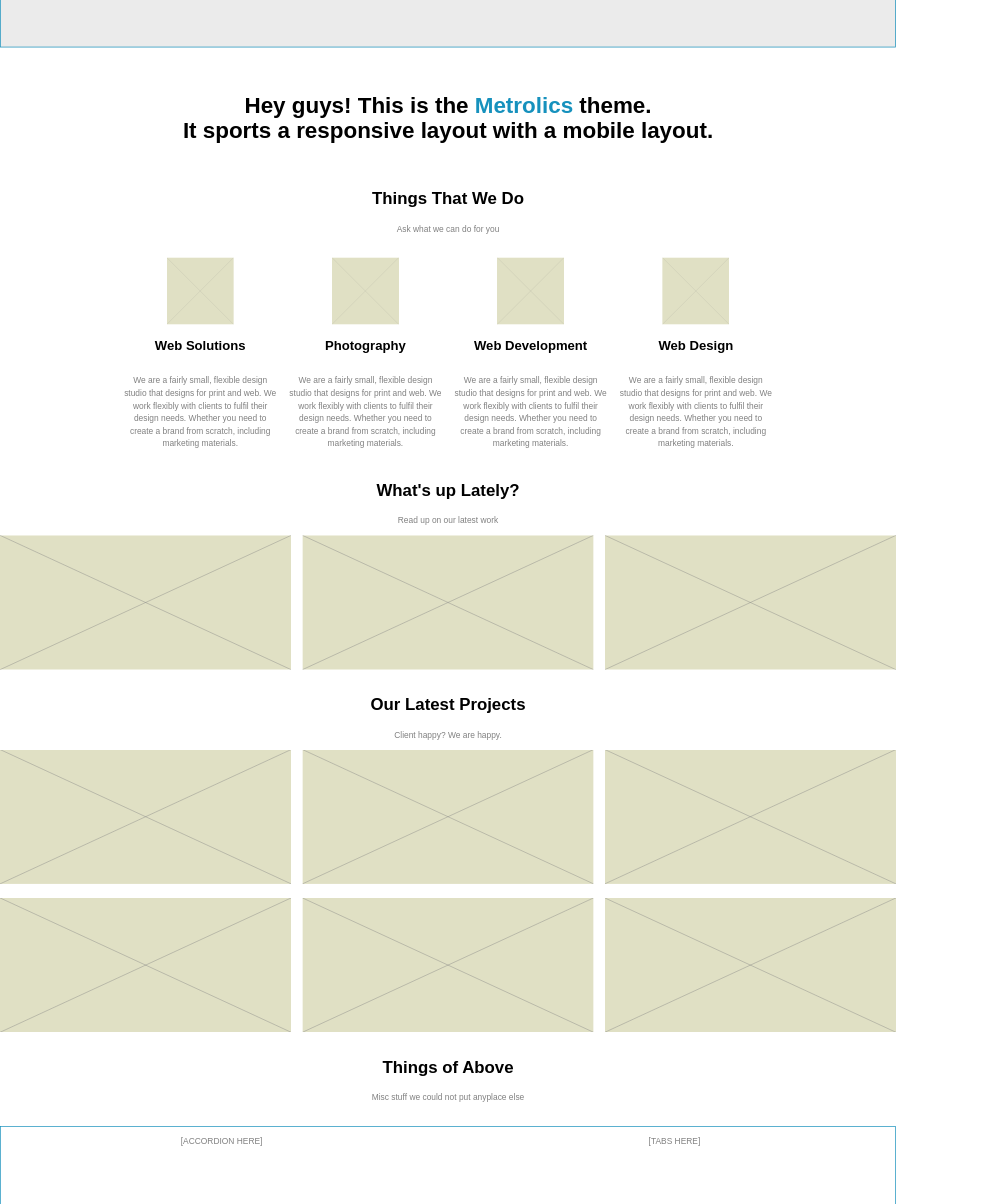
Repository: pjiang604/mdia2003-lab03b
Page: index.html
An editor plug-in stored every save of this project. The page is shown before and after the next save, followed by the edit.
The browser window is 1280 px wide. The page is 1408 px wide, so the pictures cover 1408 px, including what lies to the right of the window. The pictures show the part of the page from y = 334 to 2054 px (the page is 2780 px tall), at 70% of full size.

Above is the page before, as saved 2023-01-31 21:31:44.

After the next save:
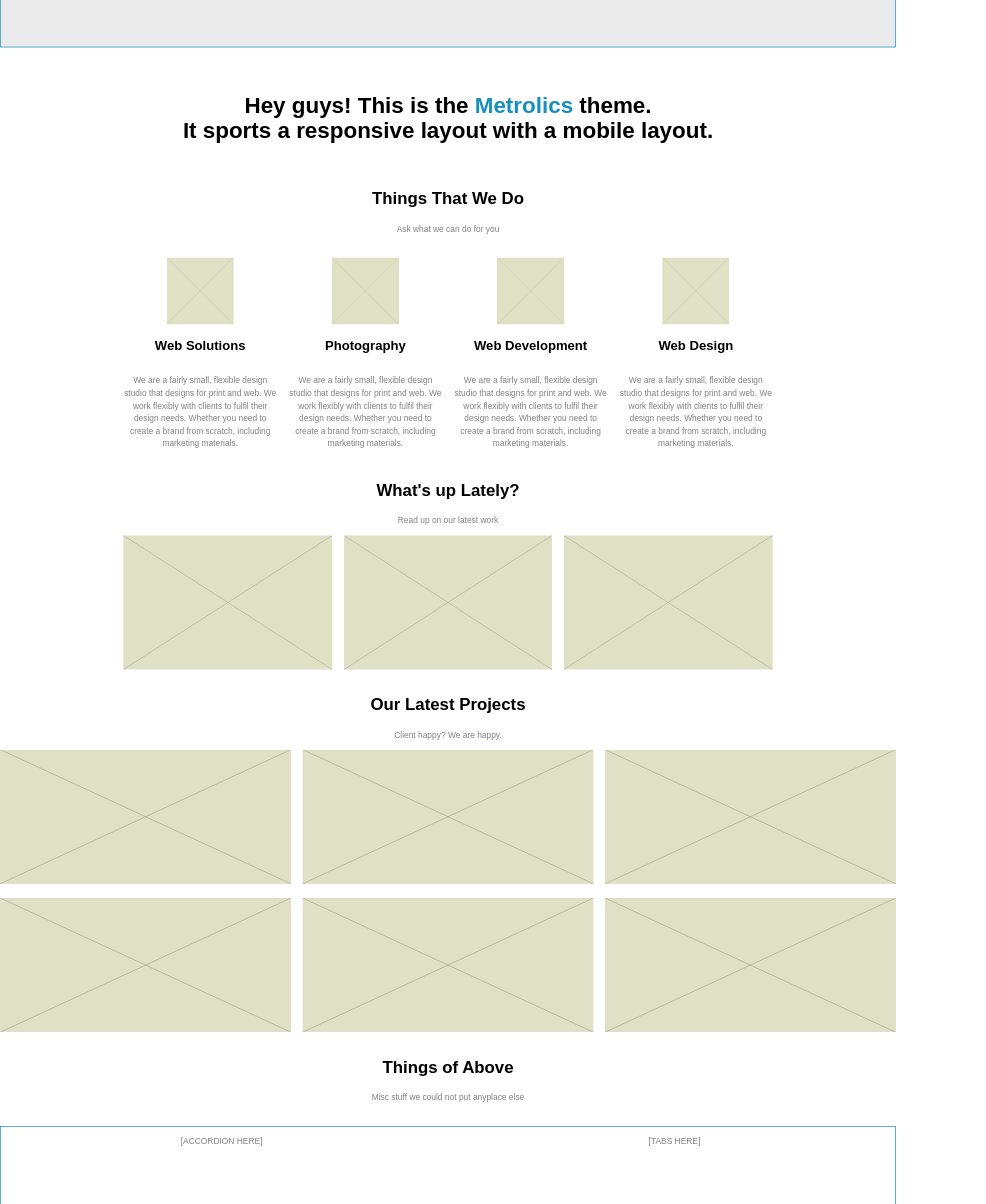
Saved 24 s later.
--- a/style.css
+++ b/style.css
@@ -189,6 +189,12 @@ nav h5 {
 }
 
 /*Recent News*/
+
+.recent-news {
+    margin-left:11em;
+    margin-right:11em;
+}
+
 .image-post {
     width: 100%;
     height: 12em;
